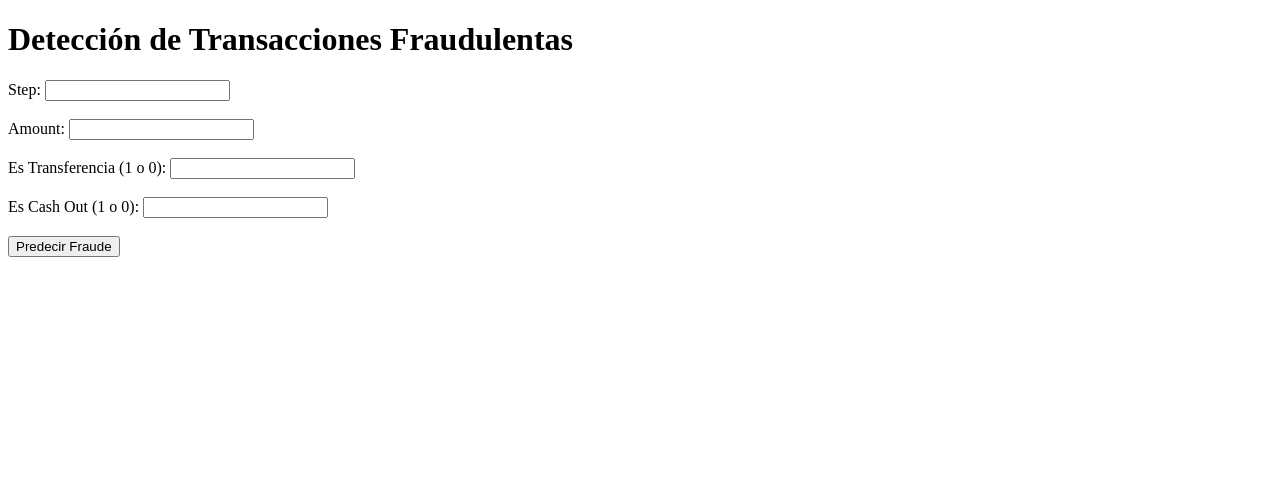
Repository: civvic1/Fraud_Detection_Online
Page: templates/index.html
These files come from the project's save history. The page is drawn as it stood at one moment and after the next save; the edit follows.
The browser window is 1280 px wide. The pictures show the whole page.
The template is drawn by Flask 3. The application's start-up code is not run. Other server files are loaded and not shown. The template is opened directly, without the code that normally fills it, so the values that code supplies are empty.

Above is the page before, as saved 2024-10-23 18:32:15.

### templates/index.html
<!DOCTYPE html>
<html lang="en">
  <head>
    <meta charset="UTF-8" />
    <meta name="viewport" content="width=device-width, initial-scale=1.0" />
    <title>Detección de Fraude</title>
  </head>
  <body>
    <h1>Detección de Transacciones Fraudulentas</h1>
    <form action="/predecir" method="POST">
      <label for="step">Step:</label>
      <input type="number" id="step" name="step" /><br /><br />

      <label for="amount">Amount:</label>
      <input type="number" step="0.01" id="amount" name="amount" /><br /><br />

      <!-- Agregar otros campos del dataset necesarios -->

      <label for="type_TRANSFER">Es Transferencia (1 o 0):</label>
      <input
        type="number"
        id="type_TRANSFER"
        name="type_TRANSFER"
      /><br /><br />

      <label for="type_CASH_OUT">Es Cash Out (1 o 0):</label>
      <input
        type="number"
        id="type_CASH_OUT"
        name="type_CASH_OUT"
      /><br /><br />

      <button type="submit">Predecir Fraude</button>
    </form>
  </body>
</html>

After the next save:
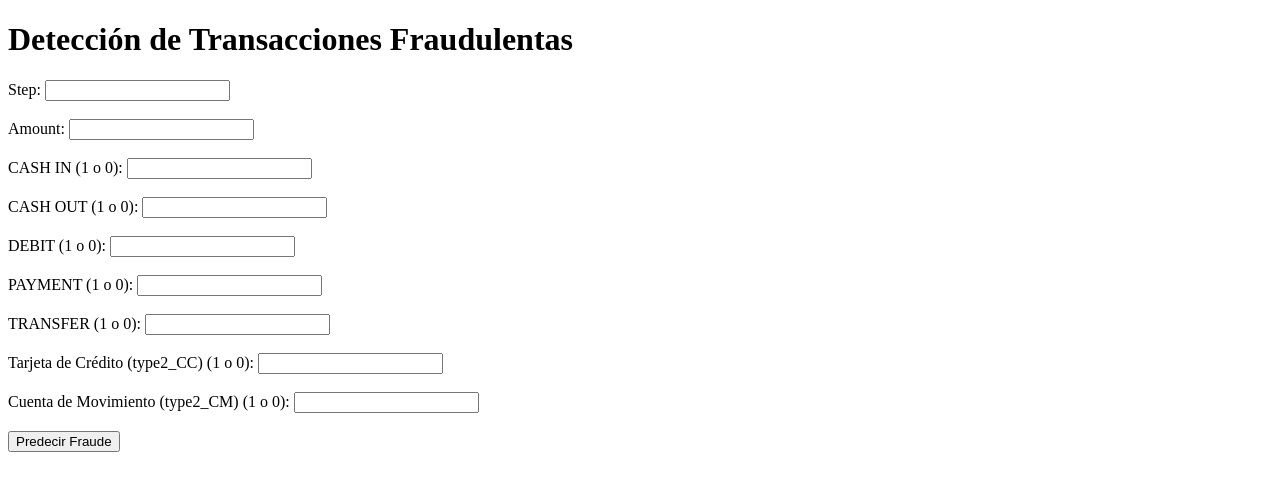
Saved 5 min 38 s later.
--- a/templates/index.html
+++ b/templates/index.html
@@ -9,26 +9,62 @@
     <h1>Detección de Transacciones Fraudulentas</h1>
     <form action="/predecir" method="POST">
       <label for="step">Step:</label>
-      <input type="number" id="step" name="step" /><br /><br />
+      <input type="number" id="step" name="step" required /><br /><br />
 
       <label for="amount">Amount:</label>
-      <input type="number" step="0.01" id="amount" name="amount" /><br /><br />
+      <input
+        type="number"
+        step="0.01"
+        id="amount"
+        name="amount"
+        required
+      /><br /><br />
 
-      <!-- Agregar otros campos del dataset necesarios -->
+      <label for="type_CASH_IN">CASH IN (1 o 0):</label>
+      <input
+        type="number"
+        id="type_CASH_IN"
+        name="type_CASH_IN"
+        required
+      /><br /><br />
 
-      <label for="type_TRANSFER">Es Transferencia (1 o 0):</label>
+      <label for="type_CASH_OUT">CASH OUT (1 o 0):</label>
+      <input
+        type="number"
+        id="type_CASH_OUT"
+        name="type_CASH_OUT"
+        required
+      /><br /><br />
+
+      <label for="type_DEBIT">DEBIT (1 o 0):</label>
+      <input
+        type="number"
+        id="type_DEBIT"
+        name="type_DEBIT"
+        required
+      /><br /><br />
+
+      <label for="type_PAYMENT">PAYMENT (1 o 0):</label>
+      <input
+        type="number"
+        id="type_PAYMENT"
+        name="type_PAYMENT"
+        required
+      /><br /><br />
+
+      <label for="type_TRANSFER">TRANSFER (1 o 0):</label>
       <input
         type="number"
         id="type_TRANSFER"
         name="type_TRANSFER"
+        required
       /><br /><br />
 
-      <label for="type_CASH_OUT">Es Cash Out (1 o 0):</label>
-      <input
-        type="number"
-        id="type_CASH_OUT"
-        name="type_CASH_OUT"
-      /><br /><br />
+      <label for="type2_CC">Tarjeta de Crédito (type2_CC) (1 o 0):</label>
+      <input type="number" id="type2_CC" name="type2_CC" required /><br /><br />
+
+      <label for="type2_CM">Cuenta de Movimiento (type2_CM) (1 o 0):</label>
+      <input type="number" id="type2_CM" name="type2_CM" required /><br /><br />
 
       <button type="submit">Predecir Fraude</button>
     </form>
